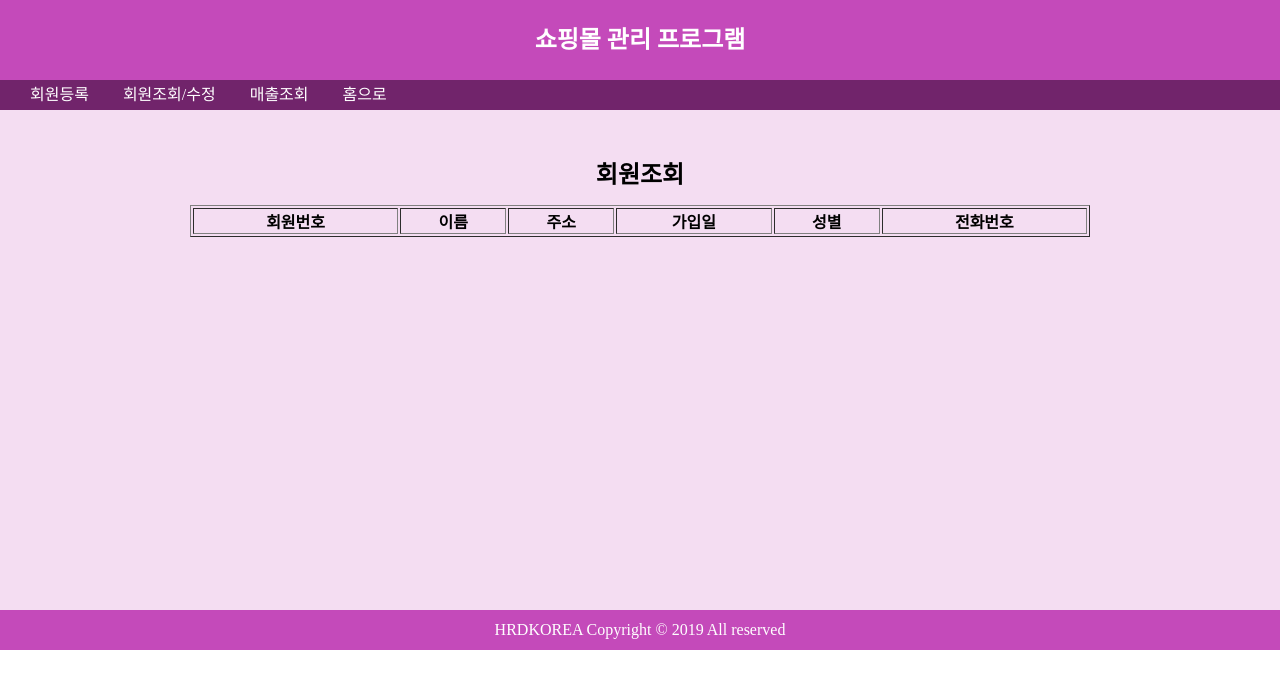
Repository: hyeoni2/-
Page: http://localhost/쇼핑몰관리/select2.jsp
An editor plug-in stored every save of this project. The page is shown before and after the next save, followed by the edit.
The browser window is 1280 px wide. The pictures show the whole page.
The page is served by Tomcat 9. Queries for data that is not in the repository find no rows.

Above is the page before, as saved 2021-04-14 00:06:16.

After the next save:
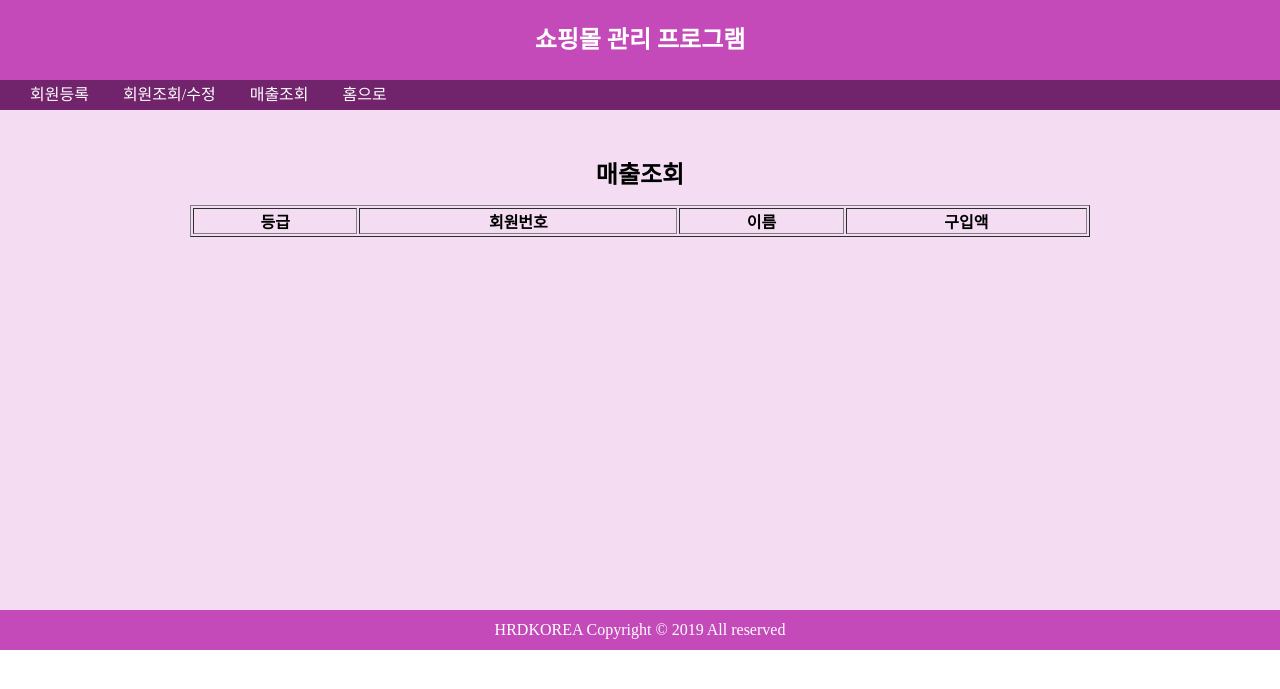
Saved 94 s later.
--- a/쇼핑몰관리/WebContent/select2.jsp
+++ b/쇼핑몰관리/WebContent/select2.jsp
@@ -10,18 +10,16 @@
 	<%@ include file = "header.jsp" %>
 	<section>
 		<div>
-			<h2>회원조회</h2>
+			<h2>매출조회</h2>
 		</div>
 		<!-- table을 감싼 div에 height을 주고 넘쳐 흐를시 자동으로 스크롤바로 지정 -->
 		<div style = "height: 400px; overflow: auto; ">
 			<table border = "1" width = "900" style = "margin: 0 auto">
 				<tr>
+					<th>등급</th>
 					<th>회원번호</th>
 					<th>이름</th>
-					<th>주소</th>
-					<th>가입일</th>
-					<th>성별</th>
-					<th>전화번호</th>
+					<th>구입액</th>
 				</tr>
 				<%
 				//한줄일 경우는 더하기 필요 없음, 여러줄일 시 앞부분 띄우고 값 연결을 위해 +=으로 표시
